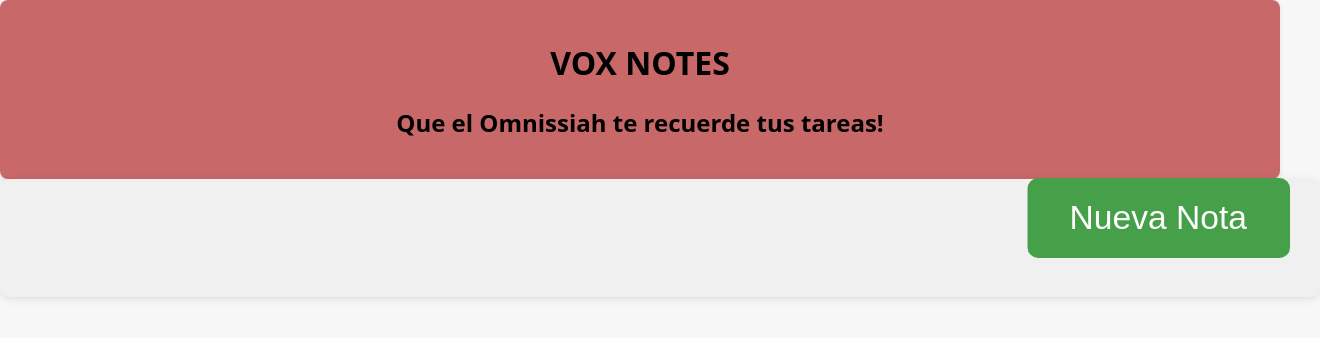
Repository: xunxuno/aplicacion_web_notas
Page: / (app in notas_web_app/)
These files come from the project's save history. The page is drawn as it stood at one moment and after the next save; the edit follows.
The browser window is 1280 px wide. The page is 1320 px wide, so the pictures cover 1320 px, including what lies to the right of the window. The pictures show the whole page.
The pointer rests on the first visible `.add-note-button`.
The project was rebuilt for these pictures with package versions that can differ from the ones it lists, and the page was loaded fresh each time. Also part of the build but not shown: notas_web_app/vite.config.ts, notas_web_app/src/components/Note.tsx, notas_web_app/src/components/NoteCollection.tsx, notas_web_app/src/components/NoteModal.tsx.

Above is the page before, as saved 2024-10-03 12:42:33.

After the next save:
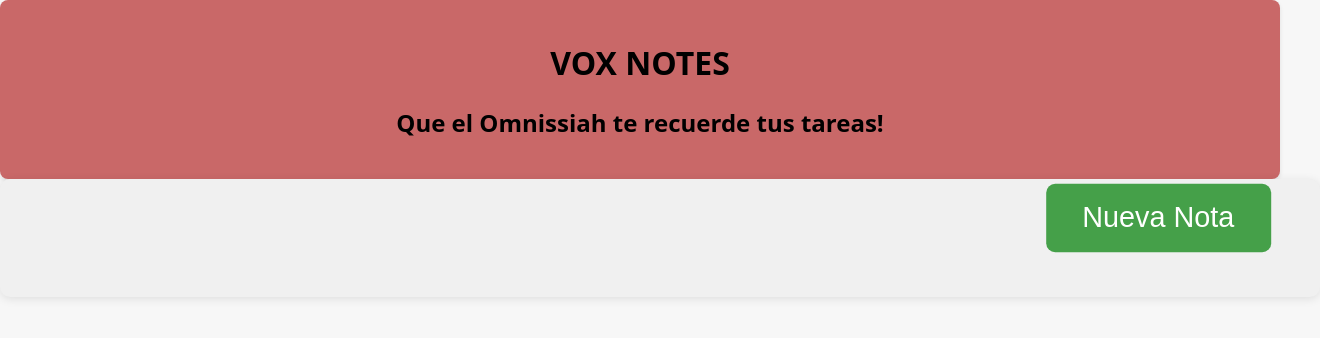
Saved 6 s later.
--- a/notas_web_app/src/styles.css
+++ b/notas_web_app/src/styles.css
@@ -36,7 +36,7 @@ body {
 /* Efecto hover para el botón de agregar nota */
 .add-note-button:hover {
   background-color: #45a049; /* Color de fondo más oscuro al pasar el mouse */
-  transform: scale(2.1); /* Efecto de zoom al pasar el mouse */
+  transform: scale(1.8); /* Efecto de zoom al pasar el mouse */
 }
 
 
